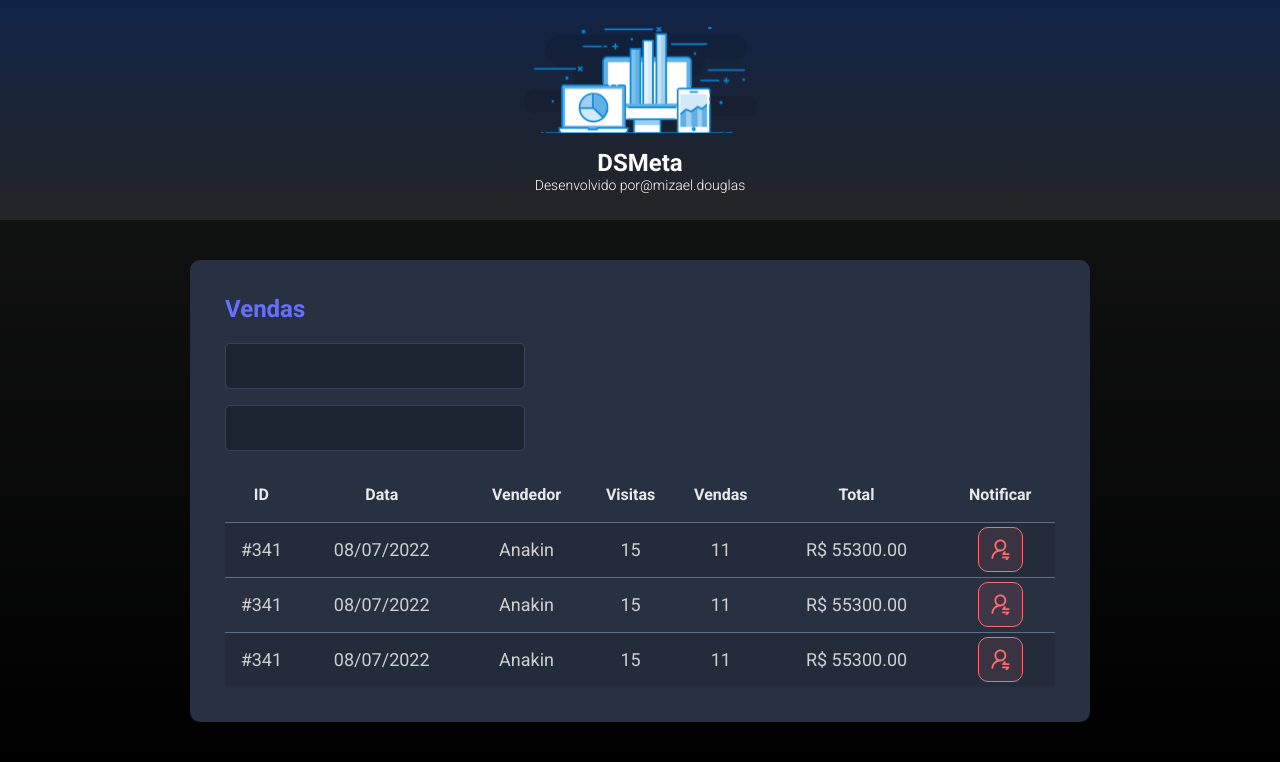
Repository: Mizaeldouglas/ds-Meta
Page: / (app in frontend/)
The author's editor kept a copy of each file at every save. The page is drawn from the files as they stood at one save, then again after the next save.
The browser window is 1280 px wide. The pictures show the whole page.
The project was rebuilt for these pictures with package versions that can differ from the ones it lists, and the page was loaded fresh each time. Also part of the build but not shown: frontend/vite.config.ts.

Above is the page before, as saved 2022-07-11 11:31:13.

### frontend/src/App.tsx
import Header from "./components/Header";
import NotificationButton from "./components/NotificationButton";
import SalesCard from "./components/SalesCard";

function App() {
  return (
    <>
      <Header />
      <main>
        <section id="sales">
          <div className="dsmeta-container">
			<SalesCard />
		  </div>
        </section>
      </main>
    </>
  );
}

export default App;

### frontend/src/index.css
@import url("https://fonts.googleapis.com/css2?family=Roboto:wght@300;400;700&display=swap");

* {
  font-family: "Roboto", sans-serif;
  box-sizing: border-box;
  margin: 0;
  padding: 0;
}

body,
html {
  /* background-color: #171818; */
  background-image: linear-gradient(#171818, #000);
  color: #fff;
}

a,
a:hover,
a:visited {
  color: unset;
  text-decoration: none;
}
.dsmeta-container {
	width: 100%;
	max-width: 900px;
	margin: 0 auto;
  }

  #sales {
	padding: 40px 10px;
  }

### frontend/src/components/Header/index.tsx
import "./styles.css";
import logo from "../../assets/img/logo.svg";

function Header() {
  return (
    <header>
      <div className="dsmeta-logo-container">
        <img src={logo} alt="DSMeta" />
        <h1>DSMeta</h1>
        <p>
          Desenvolvido por
          <a href="https://www.instagram.com/mizael.douglas">@mizael.douglas</a>
        </p>
      </div>
    </header>
  );
}

export default Header;

### frontend/src/components/SalesCard/index.tsx
import NotificationButton from "../NotificationButton";
import "./styles.css";

export default function SalesCard() {
  return (
    <div className="dsmeta-card">
      <h2 className="dsmeta-sales-title">Vendas</h2>
      <div>
        <div className="dsmeta-form-control-container">
          <input className="dsmeta-form-control" type="text" />
        </div>
        <div className="dsmeta-form-control-container">
          <input className="dsmeta-form-control" type="text" />
        </div>
      </div>

      <div>
        <table className="dsmeta-sales-table">
          <thead>
            <tr>
              <th className="show992">ID</th>
              <th className="show576">Data</th>
              <th>Vendedor</th>
              <th className="show992">Visitas</th>
              <th className="show992">Vendas</th>
              <th>Total</th>
              <th>Notificar</th>
            </tr>
          </thead>
          <tbody>
            <tr>
              <td className="show992">#341</td>
              <td className="show576">08/07/2022</td>
              <td>Anakin</td>
              <td className="show992">15</td>
              <td className="show992">11</td>
              <td>R$ 55300.00</td>
              <td>
                <div className="dsmeta-red-btn-container">
				<NotificationButton />
                </div>
              </td>
            </tr>
            <tr>
              <td className="show992">#341</td>
              <td className="show576">08/07/2022</td>
              <td>Anakin</td>
              <td className="show992">15</td>
              <td className="show992">11</td>
              <td>R$ 55300.00</td>
              <td>
                <div className="dsmeta-red-btn-container">
				<NotificationButton />
                </div>
              </td>
            </tr>
            <tr>
              <td className="show992">#341</td>
              <td className="show576">08/07/2022</td>
              <td>Anakin</td>
              <td className="show992">15</td>
              <td className="show992">11</td>
              <td>R$ 55300.00</td>
              <td>
                <div className="dsmeta-red-btn-container">
				<NotificationButton />
                </div>
              </td>
            </tr>
          </tbody>
        </table>
      </div>
    </div>
  );
}

### frontend/src/components/Header/styles.css
header {
	background: linear-gradient(180deg, #102347 0%, #242525 100%);
	height: 220px;
	display: flex;
	align-items: center;
	justify-content: center;
  }

  .dsmeta-logo-container {
	display: flex;
	flex-direction: column;
	align-items: center;
  }

  .dsmeta-logo-container img {
	width: 235px;
  }

  .dsmeta-logo-container h1 {
	margin-top: 15px;
	font-size: 24px;
  }

  .dsmeta-logo-container p {
	font-size: 14px;
	font-weight: 300;
  }

### frontend/src/components/NotificationButton/index.tsx
import icon from '../../assets/img/notification-icon.svg'
import './styles.css'

function NotificationButton() {
  return (
    <div className="dsmeta-red-btn">
      <img src={icon} alt="Notificar" />
    </div>
  );
}

export default NotificationButton;

### frontend/src/components/SalesCard/styles.css
.dsmeta-card {
  background-color: #283142;
  border-radius: 10px;
  padding: 30px 10px;
}

.dsmeta-sales-title {
  color: #676fff;
  font-size: 24px;
  margin-bottom: 20px;
}

.dsmeta-form-control-container {
  margin-bottom: 16px;
  max-width: 300px;
}

.dsmeta-form-control {
  width: 100%;
  height: 46px;
  background-color: #1b2531;
  border: 1px solid #384459;
  border-radius: 5px;
  color: #9aaabe;
  padding: 0 20px;
  font-size: 18px;
}

.dsmeta-sales-table {
  width: 100%;
  border-spacing: 0;
  border-collapse: collapse;
}

.dsmeta-sales-table thead {
  height: 55px;
  font-size: 16px;
  color: #e9e9e9;
  font-weight: 700;
}

.dsmeta-sales-table tbody {
  font-size: 14px;
  font-weight: 400;
  color: #cfcfcf;
  text-align: center;
}

.dsmeta-sales-table tbody tr {
  height: 74px;
  border-top: 1px solid #5f6e82;
}

.dsmeta-sales-table tbody tr:hover > td {
  background-color: #384459;
}

.dsmeta-sales-table tbody tr:nth-child(odd) {
  background-color: #242c3b;
}

.dsmeta-red-btn-container {
  display: flex;
  justify-content: center;
}
.show576 {
  display: none;
}

.show992 {
  display: none;
}

@media (min-width: 576px) {
  .show576 {
    display: table-cell;
  }

  .dsmeta-card {
    padding: 35px;
  }

  .dsmeta-sales-table tbody tr {
    height: 55px;
  }

  .dsmeta-sales-table tbody {
    font-size: 18px;
  }
}

@media (min-width: 992px) {
  .show992 {
    display: table-cell;
  }
}

### frontend/src/components/NotificationButton/styles.css
.dsmeta-red-btn {
	height: 45px;
	width: 45px;
	background: rgba(255, 107, 114, 0.1);
	border: 1px solid #ff6b72;
	border-radius: 10px;
	display: flex;
	align-items: center;
	justify-content: center;
	cursor: pointer;
  }

  .dsmeta-red-btn img {
	  width: 19px;
  }

Loaded but not shown: frontend/index.html (common file); frontend/src/main.tsx (common file)

After the next save:
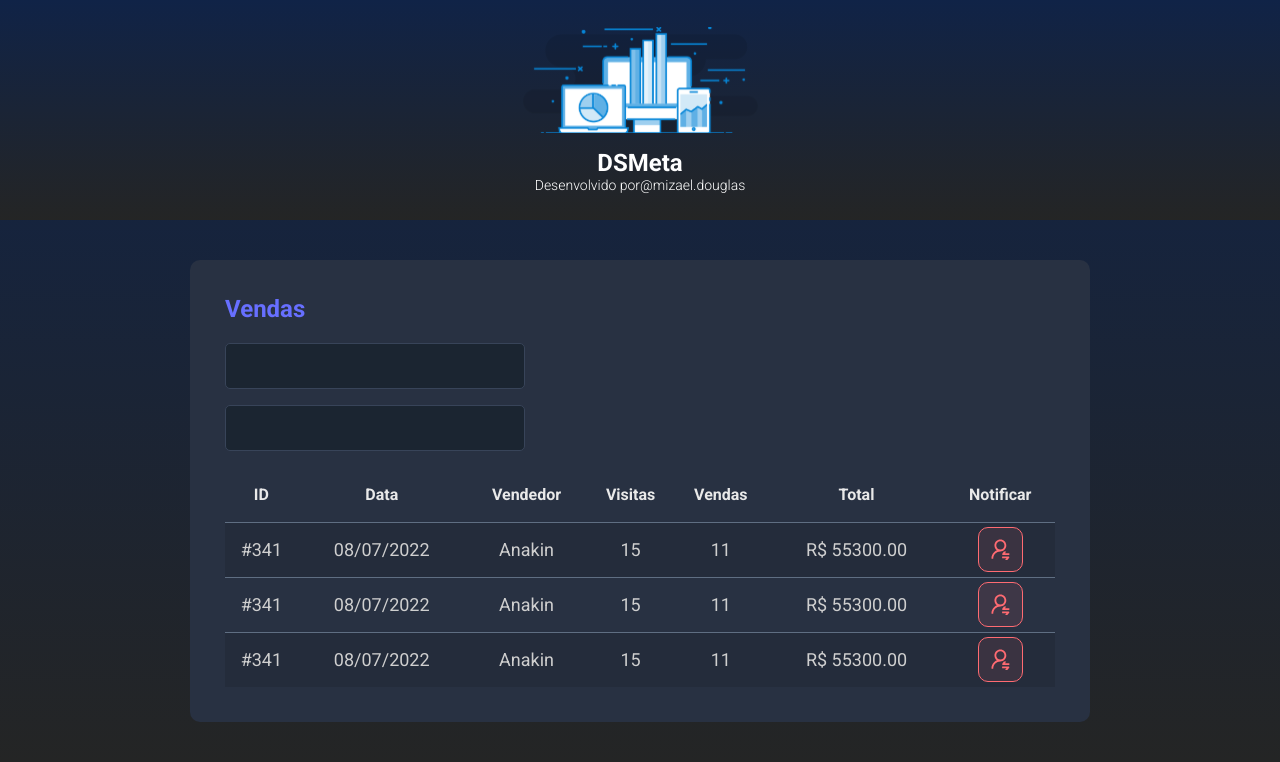
Saved 23 s later.
--- a/frontend/src/index.css
+++ b/frontend/src/index.css
@@ -10,7 +10,7 @@
 body,
 html {
   /* background-color: #171818; */
-  background-image: linear-gradient(#171818, #000);
+  background: linear-gradient(180deg, #102347 0%, #242525 100%);
   color: #fff;
 }
 
